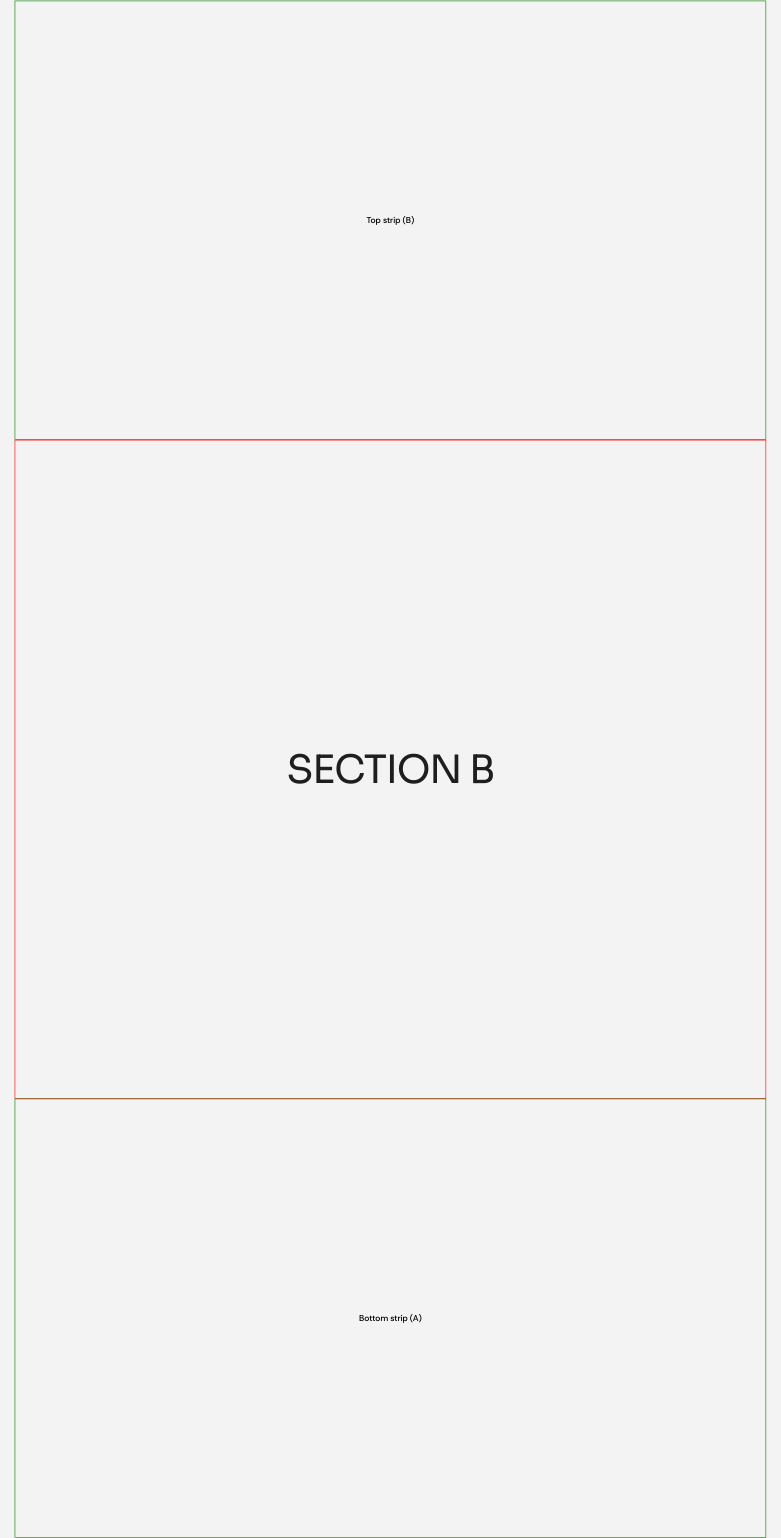
Repository: BwesewB/Offcut
Page: /
An editor plug-in stored every save of this project. The page is shown before and after the next save, followed by the edit.
The browser window is 1280 px wide. The pictures show the whole page, at 61% of full size.
The project was rebuilt for these pictures with package versions that can differ from the ones it lists, and the page was loaded fresh each time. The framework's server and built-in components were replaced by stand-ins that run in the browser. Also part of the build but not shown: next.config.mjs, app/styles/page.module.css, app/components/molecules/mediaBlock/MediaBlock.module.css, app/components/molecules/mediaBlock/MediaBlock.jsx, app/components/molecules/twoColumn/TwoColumn.module.css, app/components/molecules/twoColumn/TwoColumn.js, app/components/molecules/gridLayout/GridLayout.module.css, app/components/molecules/gridLayout/GridLayout.js.

Above is the page before, as saved 2025-09-19 22:54:33.

After the next save:
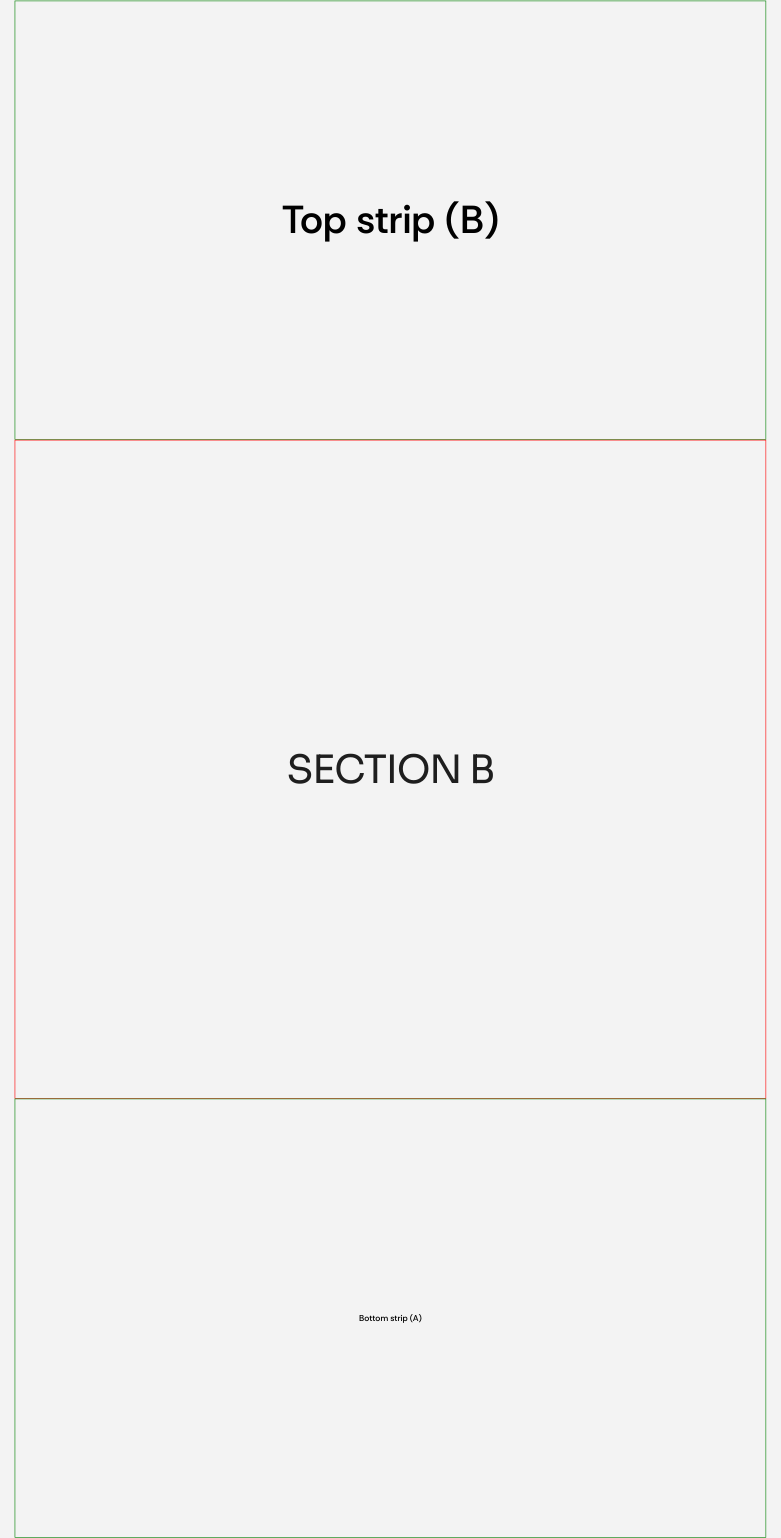
Saved 25 s later.
--- a/app/page.js
+++ b/app/page.js
@@ -32,7 +32,7 @@
       }
       topStripB={
         <div style={{ height: '100%', display: 'grid', placeItems: 'center', border: '1px solid green' }}>
-          <p className="pLarge">Top strip (B)</p>
+          <p className="plarge">Top strip (B)</p>
         </div>
       }
     />
